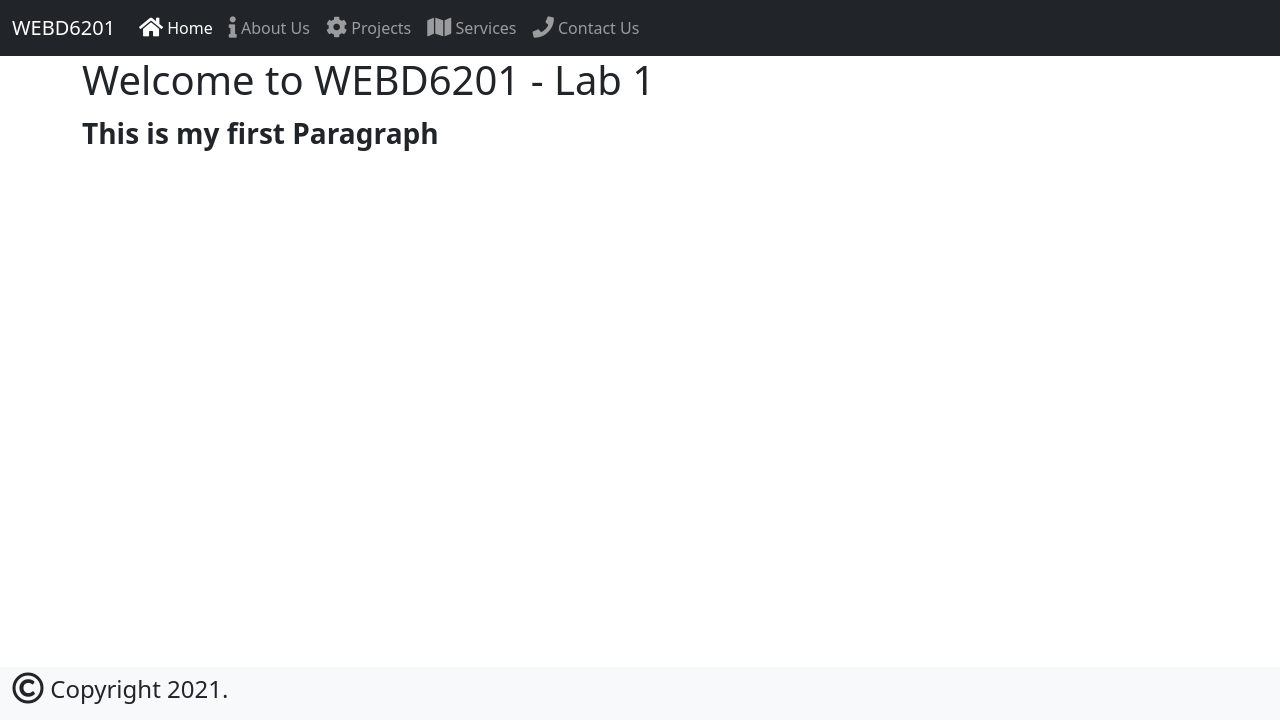
Repository: vans12345678/WEBD6201-W2021-ICE3b
Page: index.html
These files come from the project's save history. The page is drawn as it stood at one moment and after the next save; the edit follows.
The browser window is 1280 px wide. The pictures show the whole page.

Above is the page before, as saved 2021-02-03 09:35:11.

### index.html
<!DOCTYPE html>
<html lang="en">
<head>
    <meta charset="UTF-8">
    <meta name="viewport" content="width=device-width, initial-scale=1.0">
    <title>Home</title>
    <!-- CSS Section -->
    <link rel="stylesheet" href="./node_modules/bootstrap/dist/css/bootstrap.min.css">
    <link rel="stylesheet" href="./node_modules/@fortawesome/fontawesome-free/css/all.min.css">
    <link rel="stylesheet" href="./Content/app.css">
</head>
<body>
    <!-- Main Header -->
    <header>
        <!-- Main Navigation -->
        <nav class="navbar navbar-expand-lg navbar-dark bg-dark">
            <div class="container-fluid">
              <a class="navbar-brand" href="index.html">WEBD6201</a>
              <button class="navbar-toggler" type="button" data-bs-toggle="collapse" data-bs-target="#navbarSupportedContent" aria-controls="navbarSupportedContent" aria-expanded="false" aria-label="Toggle navigation">
                <span class="navbar-toggler-icon"></span>
              </button>
              <div class="collapse navbar-collapse" id="navbarSupportedContent">
                <ul class="navbar-nav me-auto mb-2 mb-lg-0">
                  <li class="nav-item">
                    <a class="nav-link active" aria-current="page" href="index.html"><i class="fas fa-home fa-lg"></i> Home</a>
                  </li>

                  <li class="nav-item">
                    <a class="nav-link" aria-current="page" href="about.html"><i class="fas fa-info fa-lg"></i> About Us</a>
                  </li>

                  <li class="nav-item">
                    <a class="nav-link" aria-current="page" href="projects.html"><i class="fas fa-cog fa-lg"></i> Projects</a>
                  </li>

                  <li class="nav-item">
                    <a class="nav-link" aria-current="page" href="services.html"><i class="fas fa-map fa-lg"></i> Services</a>
                  </li>

                  <li class="nav-item">
                    <a class="nav-link" aria-current="page" href="contact.html"><i class="fas fa-phone fa-lg"></i> Contact Us</a>
                  </li>
                </ul>
              </div>
            </div>
          </nav>
    </header>

    <!-- Main Content -->
    <main class="container">
        <h1>Welcome to WEBD 6201</h1>
        <p id="paragraphOne"></p>
        <button>My Button</button>
    </main>

    <!-- Main Footer -->
    <footer>
        <nav class="navbar fixed-bottom navbar-light bg-light">
            <div class="container-fluid">
              <h4><i class="far fa-copyright fa-lg"></i> Copyright 2021.</h4>
            </div>
          </nav>
    </footer>

    <!-- Script Section-->
    <script src="./node_modules/jquery/dist/jquery.min.js"></script>
    <script src="./node_modules/bootstrap/dist/js/bootstrap.bundle.min.js"></script>
    <script src="./Scripts/app.js"></script>
</body>
</html>

### Scripts/app.js
/* custom JavaScript goes here */

//IIFE - Immediately Invoked Function Expression
//AKA - Anonymous Self-Executing Function
//Closure - limits scope leak

"use strict";
// let myPage = $(function()
// {
//   console.log("Document is Ready!");

// });


(function()
{
    function displayHome()
    {
      let h1 = $("button").on("click", function(){
        console.log("button clicked- jquery");
      });
      let myButton = document.querySelectorAll("button")[0];
      myButton.addEventListener("click", function()
      {
        console.log("clicked button - js");
      })

      console.log(myButton);





        console.log(h1);
        let paragraphOneText =
          "This is a simple site to demonstrate DOM Manipulation for ICE 1";

        let paragraphOneElement = document.getElementById("paragraphOne");

        paragraphOneElement.textContent = paragraphOneText;
        paragraphOneElement.className = "fs-5";

        // Step 1. document.createElement
        let newParagraph = document.createElement("p");
        // Step 2. configure the element
        newParagraph.setAttribute("id", "paragraphTwo");
        newParagraph.textContent = "...And this is paragraph two";
        // Step 3. select the parent element
        let mainContent = document.getElementsByTagName("main")[0];
        // Step 4. Add / Insert the element
        mainContent.appendChild(newParagraph);

        newParagraph.className = "fs-6";

        // another way of injecting content
        let paragraphDiv = document.createElement("div");
        let paragraphThree = `<p id="paragraphThree" class="fs-7 fw-bold">And this is the Third Paragraph</p>`;
        paragraphDiv.innerHTML = paragraphThree;

        // insertions

        // example of inserting before a node
        //newParagraph.before(paragraphDiv);

        // example of inserting after a node
        newParagraph.after(paragraphDiv);

        // deletions

        // example of removing a single element
        //paragraphOneElement.remove();

        // example of removeChild
        mainContent.removeChild(paragraphOneElement);

        // update / modification
        //mainContent.firstElementChild.textContent = "Welcome Home!";

        mainContent.innerHTML = `<h1 id="firstHeading">Welcome to WEBD6201 - Lab 1</h1>
         <p id="paragraphOne" class="fs-3 fw-bold">This is my first Paragraph</p>
        `;

    }

    function displayAbout()
    {

    }

    function displayProjects()
    {

    }

    function displayServices()
    {

    }

    function displayContact()
    {
        let messageArea = document.getElementById("messageArea");
        messageArea.hidden = true;

        // form validation
        let fullName = document.getElementById("fullName");
        fullName.addEventListener("blur", function() {
            if(fullName.value.length < 2)
            {
                fullName.focus();
                fullName.select();
                messageArea.hidden = false;
                messageArea.className = "alert alert-danger";
                messageArea.textContent = "Please enter an appropriate Name";
            }
            else
            {
                messageArea.removeAttribute("class");
                messageArea.hidden = true;
            }
        });

        let sendButton = document.getElementById("sendButton");
        sendButton.addEventListener("click", function(event){
            //event.preventDefault();

            let contact = new Contact(fullName.value, contactNumber.value, emailAddress.value);

            if(contact.serialize())
            {
              localStorage.setItem((localStorage.length + 1).toString(), contact.serialize());
            }

        });
    }

    function displayContactList()
    {
      if (localStorage.length > 0)
      {
        let contactList = document.getElementById("contactList");

        let data = "";

        for (let index = 0; index < localStorage.length; index++)
        {
          let contactData = localStorage.getItem((index + 1).toString());

          let contact = new Contact();
          contact.deserialize(contactData);

          data += `<tr>
          <th scope="row">${index + 1}</th>
          <td>${contact.FullName}</td>
          <td>${contact.ContactNumber}</td>
          <td>${contact.EmailAddress}</td>
        </tr>`;
        }

        contactList.innerHTML = data;
      }
    }



    function Start()
    {
        console.log("App Started...");

        switch (document.title)
        {
          case "Home":
              displayHome();
            break;
          case "About":
              displayAbout();
            break;
          case "Projects":
              displayProjects();
            break;
          case "Services":
              displayServices();
            break;
          case "Contact":
              displayContact();
            break;
          case "Contact-List":
            displayContactList();
          break;
        }

    }

    window.addEventListener("load", Start);

})();

Loaded but not shown: node_modules/bootstrap/dist/css/bootstrap.min.css (library); node_modules/@fortawesome/fontawesome-free/css/all.min.css (library); Content/app.css (common file); node_modules/jquery/dist/jquery.min.js (library); node_modules/bootstrap/dist/js/bootstrap.bundle.min.js (library)

After the next save:
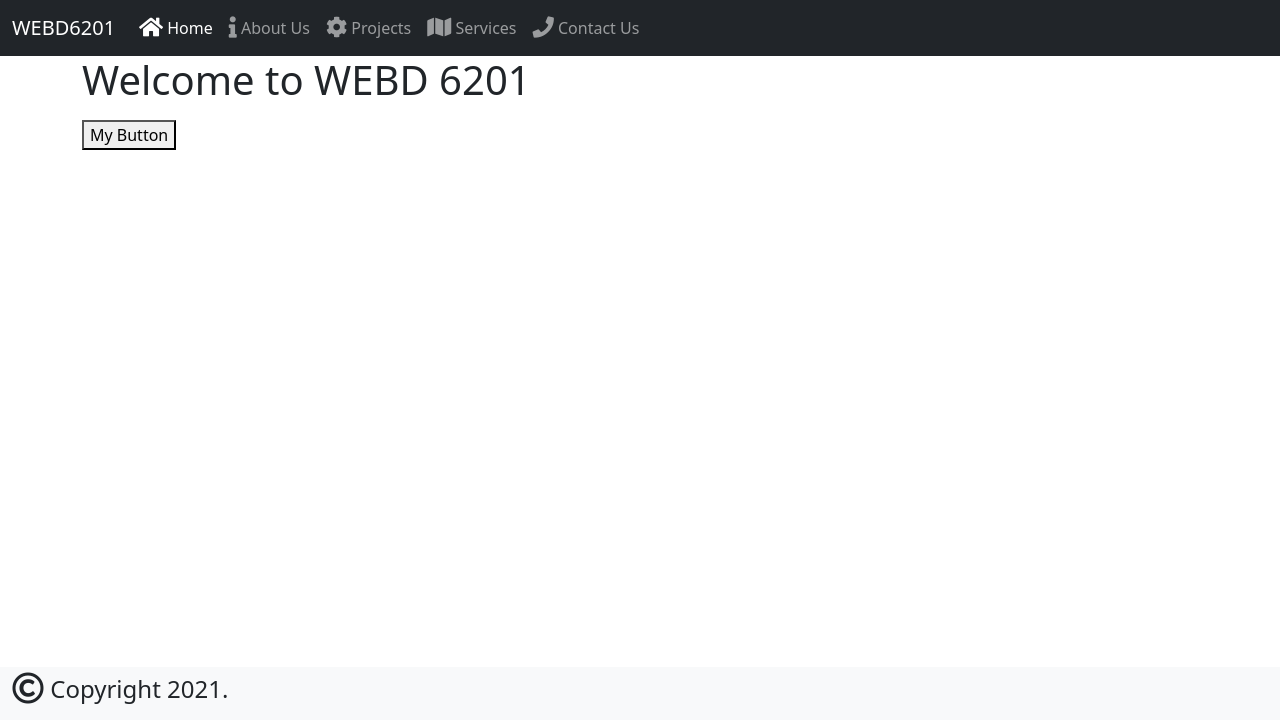
Console error: ReferenceError: h1 is not defined
Saved 15 s later.
--- a/Scripts/app.js
+++ b/Scripts/app.js
@@ -16,7 +16,7 @@
 {
     function displayHome()
     {
-      let h1 = $("button").on("click", function(){
+      $("button").on("click", function(){
         console.log("button clicked- jquery");
       });
       let myButton = document.querySelectorAll("button")[0];

After the save that followed:
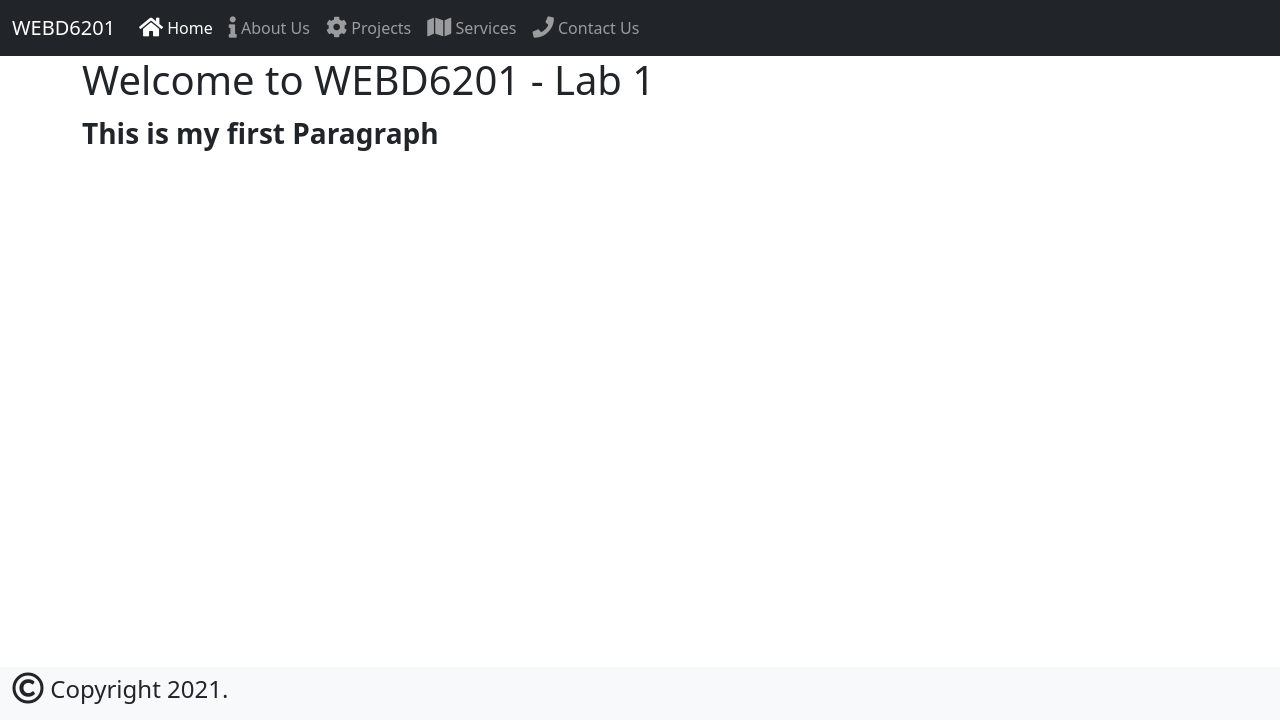
The error is gone.
Saved 27 s later.
--- a/Scripts/app.js
+++ b/Scripts/app.js
@@ -28,10 +28,6 @@
       console.log(myButton);
 
 
-
-
-
-        console.log(h1);
         let paragraphOneText =
           "This is a simple site to demonstrate DOM Manipulation for ICE 1";
 
